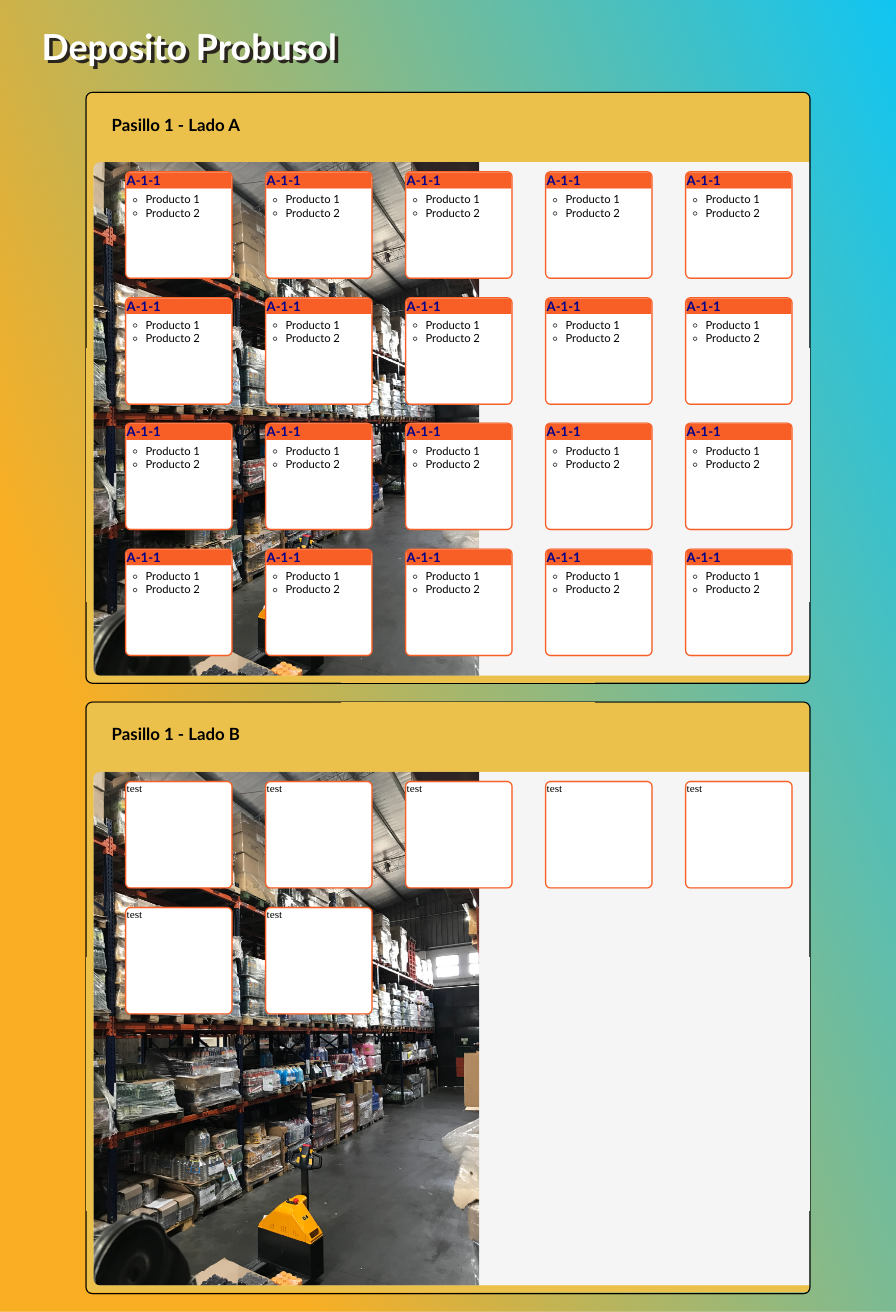
Repository: Franzcod/DepoStock_Web
Page: index.html
These files come from the project's save history. The page is drawn as it stood at one moment and after the next save; the edit follows.
The browser window is 1280 px wide. The pictures show the whole page, at 70% of full size.

Above is the page before, as saved 2020-06-07 22:57:24.
Console error: ReferenceError: ur is not defined

After the next save:
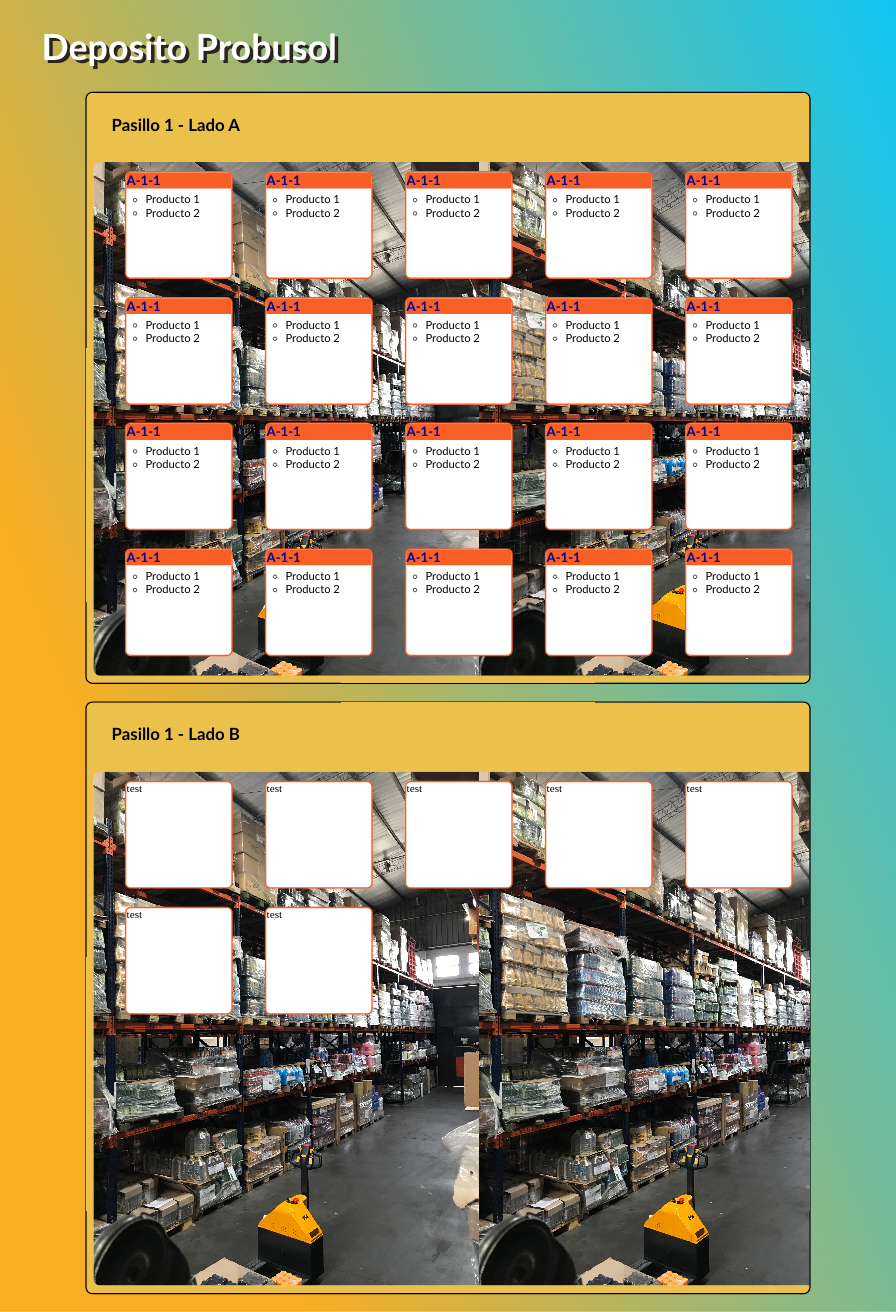
Saved 14 s later.
--- a/estilo/estilo.css
+++ b/estilo/estilo.css
@@ -50,7 +50,7 @@
     border-radius: 10px;
     background-image: url("/img/dep.jpg");
     background-position: initial; /* Center the image */
-    background-repeat: no-repeat; /* Do not repeat the image */
+    background-repeat: repeat-x; /* Do not repeat the image */
     background-size: contain;
 }
 

After the save that followed:
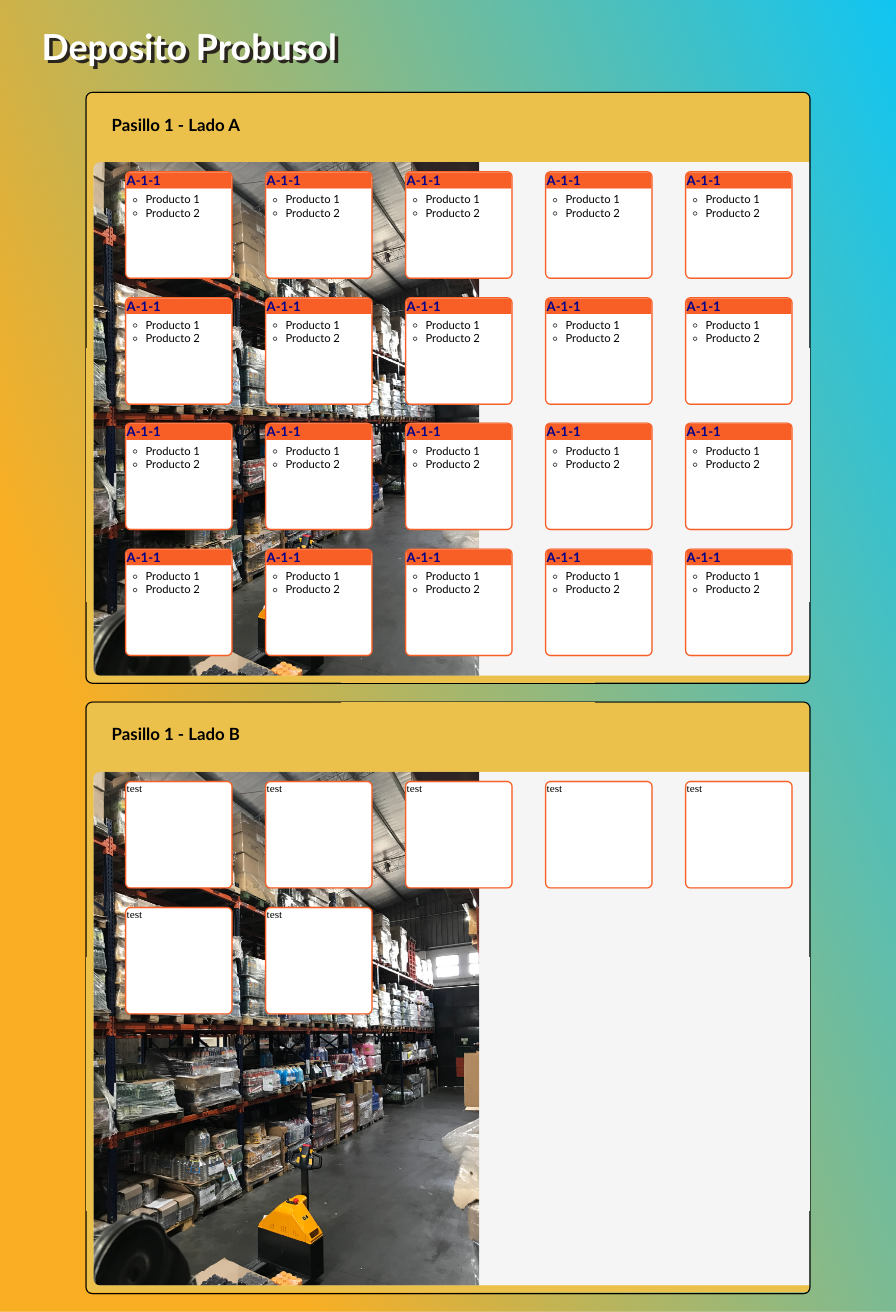
Saved 8 s later.
--- a/estilo/estilo.css
+++ b/estilo/estilo.css
@@ -50,7 +50,7 @@
     border-radius: 10px;
     background-image: url("/img/dep.jpg");
     background-position: initial; /* Center the image */
-    background-repeat: repeat-x; /* Do not repeat the image */
+    background-repeat: repeat-y; /* Do not repeat the image */
     background-size: contain;
 }
 
